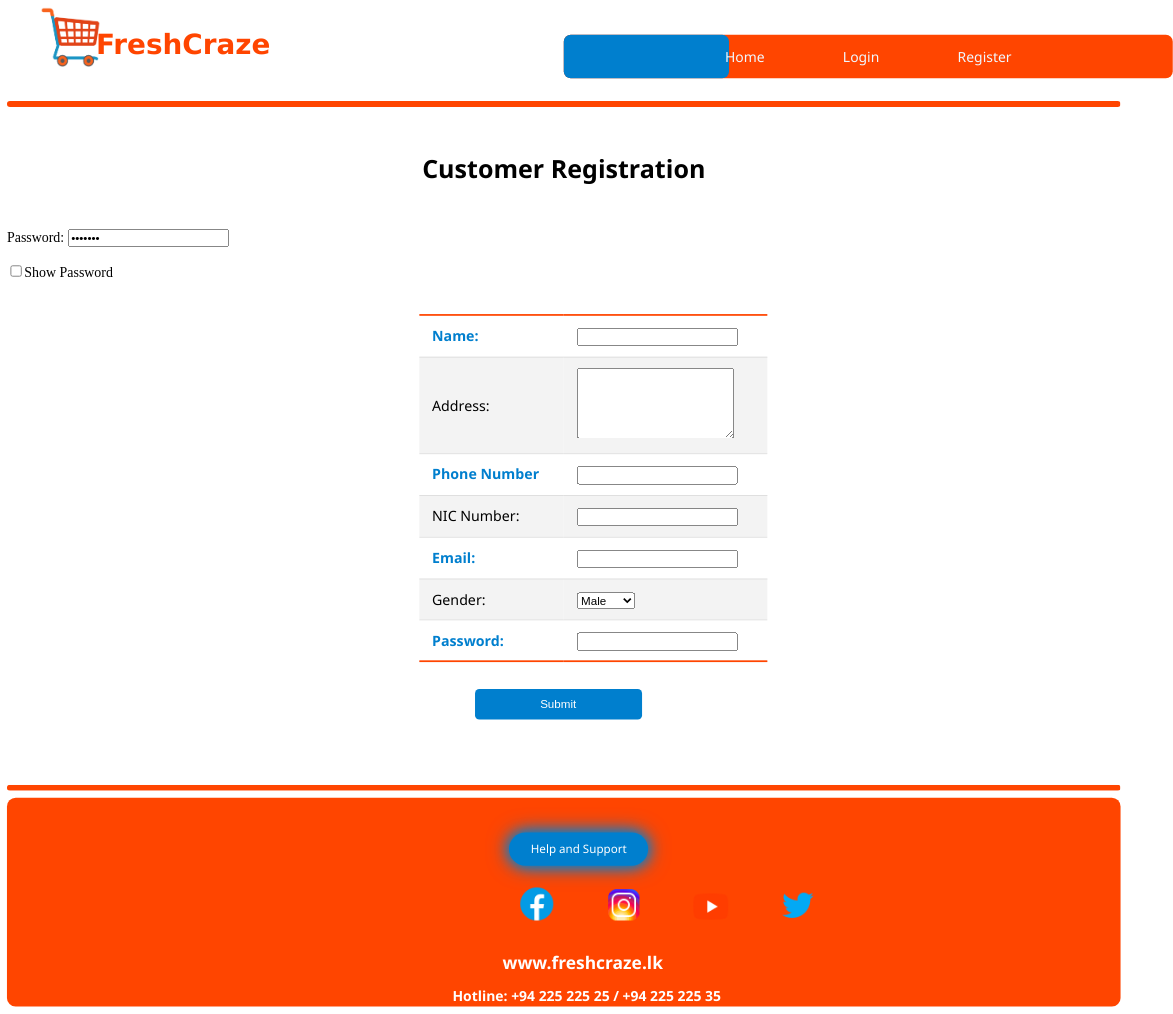
Repository: chamarac2002/FreshCraze
Page: http://localhost/CustomerDemo/customerinsert.jsp
These files come from the project's save history. The page is drawn as it stood at one moment and after the next save; the edit follows.
The browser window is 1280 px wide. The page is 1348 px wide, so the pictures cover 1348 px, including what lies to the right of the window. The pictures show the whole page, at 87% of full size.
The page is served by Tomcat 9. Nobody is signed in. The application's start-up code is not run.

Above is the page before, as saved 2024-05-11 08:49:33.

After the next save:
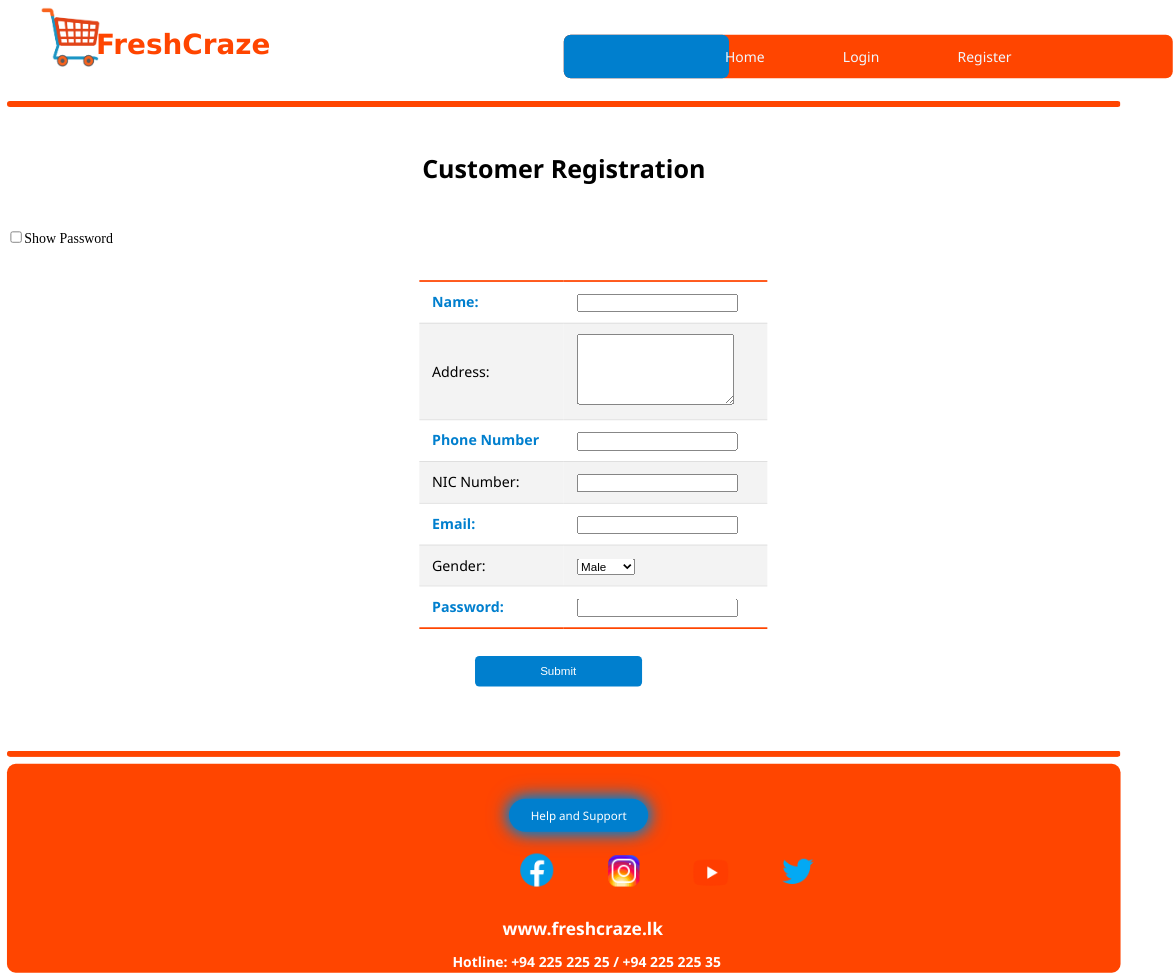
Saved 2 min 53 s later.
--- a/CustomerDemo/src/main/webapp/customerinsert.jsp
+++ b/CustomerDemo/src/main/webapp/customerinsert.jsp
@@ -62,23 +62,8 @@
 		</tr>
 		<tr class="active-row">
 			<td>Password:</td>
-			<td><input type="password" name="pass"></td>
-		</tr>
-
-		<tr>
-		Password: <input type="password" value="FakePSW" id="myInput"><br><br>
-		<input type="checkbox" onclick="myFunction()">Show Password
-
-		<script>
-		function myFunction() {
-		  var x = document.getElementById("myInput");
-		  if (x.type === "password") {
-		    x.type = "text";
-		  } else {
-		    x.type = "password";
-		  }
-		}
-		</script>
+			<td><input type="password" name="pass" id="myInput"></td>
+			<input type="checkbox" onclick="myFunction()">Show Password
 		</tr>
 
 
@@ -87,6 +72,16 @@
 	<input type="submit" name="submit" class="sub" value="Submit"><br><br><br>
 </form>
 
+<script>
+	function myFunction() {
+	  var x = document.getElementById("myInput");
+	  if (x.type === "password") {
+	    x.type = "text";
+	  } else {
+	    x.type = "password";
+	  }
+	}
+</script>
 
 <hr class="footer_line">
 
